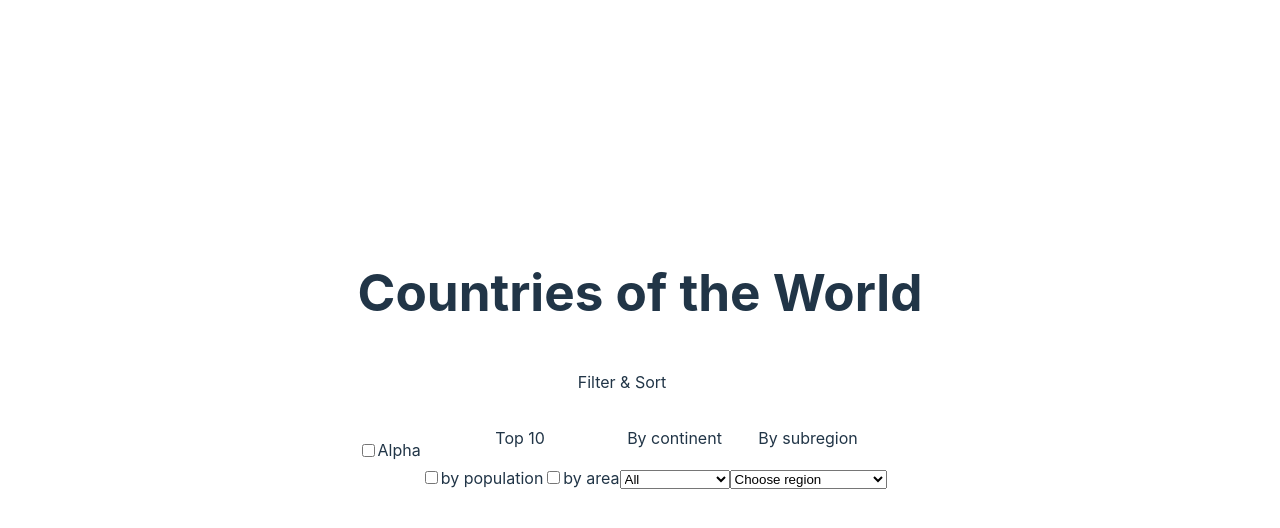
Repository: SamanthaYan298/my_countries
Page: /
An editor plug-in stored every save of this project. The page is shown before and after the next save, followed by the edit.
The browser window is 1280 px wide. The pictures show the whole page.
The project was rebuilt for these pictures with package versions that can differ from the ones it lists, and the page was loaded fresh each time. Also part of the build but not shown: vite.config.js.

Above is the page before, as saved 2024-11-04 17:01:41.

After the next save:
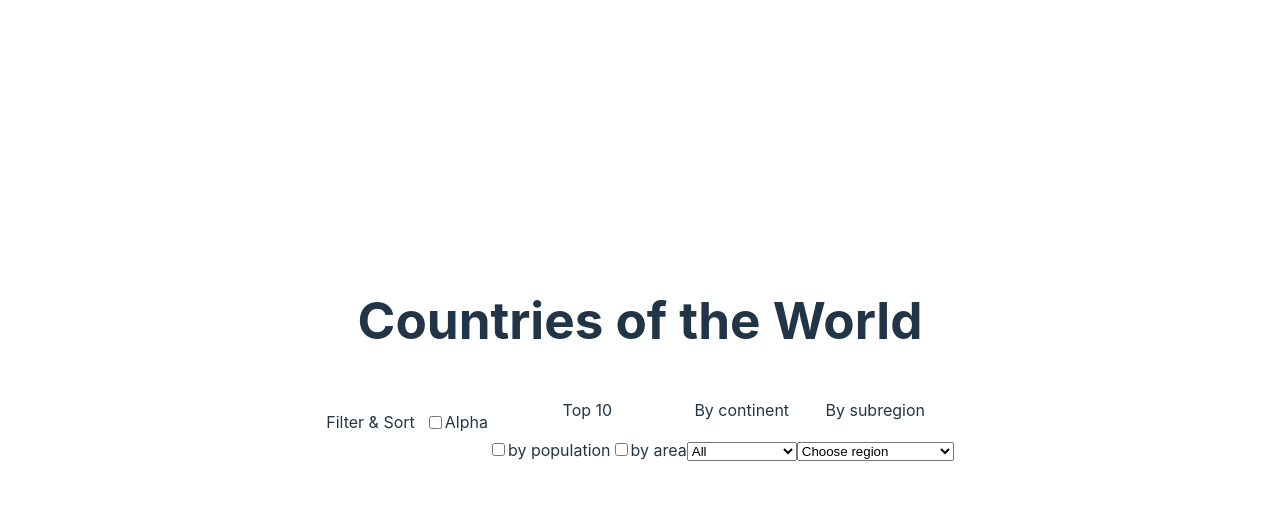
Saved 30 s later.
--- a/src/App.css
+++ b/src/App.css
@@ -26,3 +26,11 @@
   align-items: center;
   text-align: center;
 }
+
+.inner-container {
+  display: flex;
+  align-items: center;
+  text-align: center;
+  justify-content: space-between;
+  gap: 10px;
+}

After the save that followed:
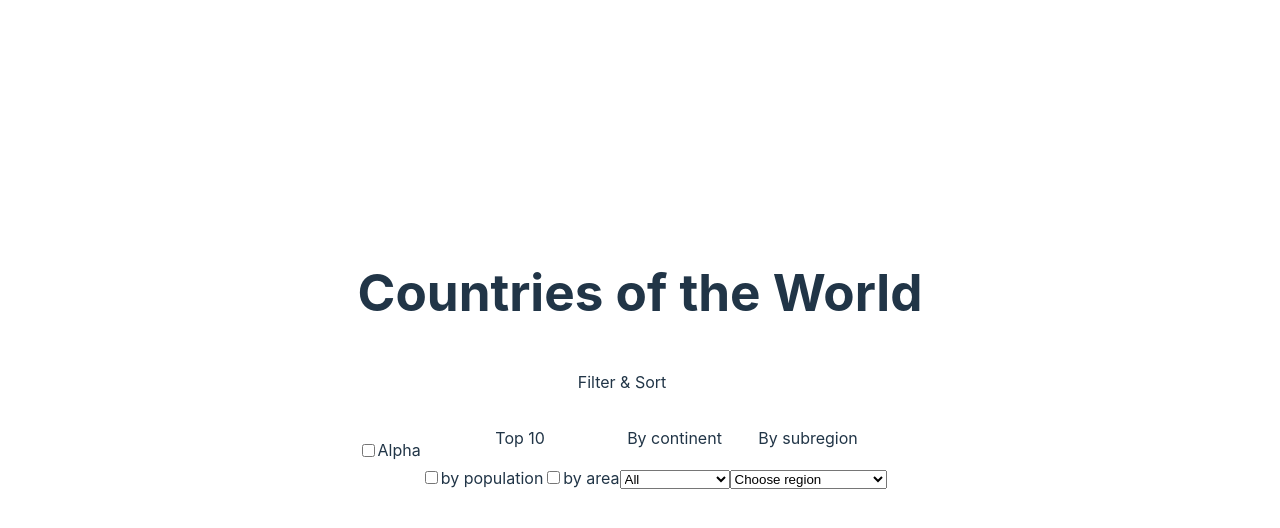
Saved 17 s later.
--- a/src/App.css
+++ b/src/App.css
@@ -28,7 +28,6 @@
 }
 
 .inner-container {
-  display: flex;
   align-items: center;
   text-align: center;
   justify-content: space-between;
